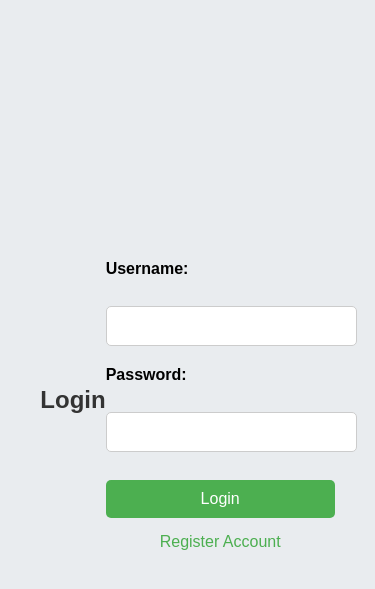
Repository: wolvicjohn/argon2
Page: http://localhost/login.php
These files come from the project's save history. The page is drawn as it stood at one moment and after the next save; the edit follows.
The browser window is 375 px wide. The pictures show the whole page.
The page is run by PHP 8.4 with error messages shown; the project is at /var/www/html/.

Above is the page before, as saved 2024-10-18 01:52:46.

### login.php
<?php
// Include the user authentication logic
include 'functions/authenticate_user.php';

$message = ''; // Variable to hold the login message

if ($_SERVER['REQUEST_METHOD'] === 'POST') {
    $username = $_POST['username'];
    $password = $_POST['password'];

    // Call the authenticate function
    $message = authenticateUser($username, $password);
}
?>

<!DOCTYPE html>
<html lang="en">

<head>
    <meta charset="UTF-8">
    <title>Login</title>
    <link rel="stylesheet" href="styles.css"> <!-- Link to your CSS file -->
</head>

<body>
    <div class="container">
        <h2>Login</h2>
        <form action="login.php" method="POST">
            <label for="username">Username:</label><br>
            <input type="text" name="username" id="username" required><br>

            <label for="password">Password:</label><br>
            <input type="password" name="password" id="password" required><br><br>

            <button type="submit">Login</button>

            <br>

            <!-- Button to go to the registration page -->
            <a href="register.php" class="button">Register Account</a>
        </form>

        <?php if ($message): ?>
            <p style="text-align:center; color: <?php echo strpos($message, 'Invalid') !== false ? 'red' : 'green'; ?>;">
                <?php echo $message; ?>
            </p>
        <?php endif; ?>
    </div>

    <script>
        // Add a class to the body when the page has loaded
        window.addEventListener('load', function () {
            document.body.classList.add('loaded');
        });
    </script>
</body>

</html>

### functions/authenticate_user.php
<?php
// authenticate_user.php
include 'connection.php'; // Include the database connection

/**
 * Authenticate a user
 *
 * @param string $username The username to authenticate
 * @param string $password The password to verify
 * @return string A message indicating the result of the authentication
 */
function authenticateUser($username, $password) {
    global $pdo; // Access the PDO instance

    // Find the user in the database
    $stmt = $pdo->prepare('SELECT id, password_hash FROM users WHERE username = ?');
    $stmt->execute([$username]);
    $user = $stmt->fetch();

    if ($user && password_verify($password, $user['password_hash'])) {
        // Password is correct, handle successful login
        return "Login successful! Welcome, " . htmlspecialchars($username);
    } else {
        // Invalid credentials
        return "Invalid username or password.";
    }
}
?>

### connection.php
<?php
// connection.php

// Database connection
$host = 'localhost';
$db = 'argon2_auth';
$user = 'root'; // Your database username
$pass = '';     // Your database password

$dsn = "mysql:host=$host;dbname=$db;charset=utf8mb4";
$options = [
    PDO::ATTR_ERRMODE => PDO::ERRMODE_EXCEPTION,
    PDO::ATTR_DEFAULT_FETCH_MODE => PDO::FETCH_ASSOC,
];

try {
    $pdo = new PDO($dsn, $user, $pass, $options);
} catch (PDOException $e) {
    die("Database connection failed: " . $e->getMessage());
}
?>

### styles.css
body {
    font-family: Arial, sans-serif;
    background-color: #e9ecef; /* Light background for contrast */
    margin: 0;
    padding: 0;
}

.container {
    display: flex;
    justify-content: center;
    align-items: center;
    min-height: 100vh; /* Full viewport height */
}

.registration-box {
    background-color: #ffffff; /* White background for the box */
    border-radius: 10px;
    box-shadow: 0 2px 10px rgba(0, 0, 0, 0.1); /* Shadow for depth */
    padding: 30px; /* Inner padding */
    width: 100%;
    max-width: 400px; /* Max width for the box */
    text-align: center; /* Center text */
}

h2 {
    color: #333;
}

label {
    font-weight: bold;
    margin-top: 10px;
    display: block; /* Block display for labels */
}

input {
    margin: 10px 0;
    padding: 10px;
    width: 100%;
    border: 1px solid #ccc;
    border-radius: 5px;
    font-size: 16px;
}

button {
    padding: 10px 20px;
    cursor: pointer;
    background-color: #4CAF50; /* Green background */
    color: white;
    border: none;
    border-radius: 5px;
    font-size: 16px;
    width: 100%;
    transition: background-color 0.3s;
}

button:hover {
    background-color: #45a049; /* Darker green on hover */
}

.password-strength {
    margin-top: 10px;
    height: 10px;
    width: 100%;
    background-color: #ddd;
    border-radius: 5px;
    overflow: hidden;
}

.strength-bar {
    height: 100%;
    width: 0%;
    transition: width 0.3s ease-in-out;
}

.strength-weak {
    background-color: red;
}

.strength-medium {
    background-color: orange;
}

.strength-strong {
    background-color: green;
}

.message {
    margin-top: 5px;
    font-size: 14px;
    font-weight: bold;
}

a {
    display: block;
    margin-top: 15px;
    text-align: center;
    text-decoration: none;
    color: #4CAF50;
}

a:hover {
    text-decoration: underline;
}

After the next save:
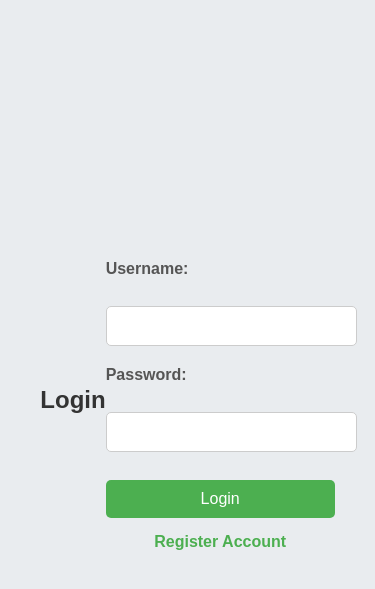
Saved 59 s later.
--- a/styles.css
+++ b/styles.css
@@ -20,16 +20,23 @@ body {
     width: 100%;
     max-width: 400px; /* Max width for the box */
     text-align: center; /* Center text */
+    transition: transform 0.2s ease; /* Animation for hover effect */
+}
+
+.registration-box:hover {
+    transform: scale(1.02); /* Slightly scale up on hover */
 }
 
 h2 {
     color: #333;
+    margin-bottom: 20px; /* Space below heading */
 }
 
 label {
     font-weight: bold;
     margin-top: 10px;
     display: block; /* Block display for labels */
+    color: #555; /* Slightly darker color for better contrast */
 }
 
 input {
@@ -39,6 +46,12 @@ input {
     border: 1px solid #ccc;
     border-radius: 5px;
     font-size: 16px;
+    transition: border-color 0.3s; /* Transition for border color */
+}
+
+input:focus {
+    border-color: #4CAF50; /* Change border color on focus */
+    outline: none; /* Remove default outline */
 }
 
 button {
@@ -50,11 +63,12 @@ button {
     border-radius: 5px;
     font-size: 16px;
     width: 100%;
-    transition: background-color 0.3s;
+    transition: background-color 0.3s, transform 0.2s; /* Transition for background and scale */
 }
 
 button:hover {
     background-color: #45a049; /* Darker green on hover */
+    transform: translateY(-2px); /* Lift effect on hover */
 }
 
 .password-strength {
@@ -88,6 +102,15 @@ button:hover {
     margin-top: 5px;
     font-size: 14px;
     font-weight: bold;
+    color: #333; /* Message color */
+}
+
+.message.success {
+    color: green; /* Success message color */
+}
+
+.message.error {
+    color: red; /* Error message color */
 }
 
 a {
@@ -96,8 +119,26 @@ a {
     text-align: center;
     text-decoration: none;
     color: #4CAF50;
+    font-weight: bold; /* Make links bolder */
+    transition: color 0.3s; /* Transition for link color */
 }
 
 a:hover {
     text-decoration: underline;
+    color: #45a049; /* Darker green on hover */
 }
+
+/* Responsive adjustments */
+@media (max-width: 480px) {
+    .registration-box {
+        padding: 20px; /* Less padding on small screens */
+    }
+
+    h2 {
+        font-size: 1.5em; /* Adjust heading size for mobile */
+    }
+
+    button {
+        padding: 10px; /* Adjust button size for mobile */
+    }
+}
